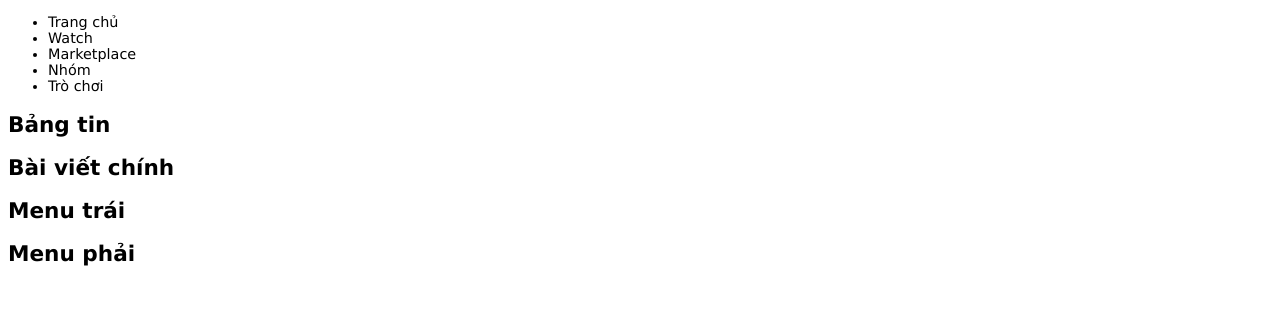
Repository: congle98/CSS_LayoutFacebookCoBan
Page: index.html
The author's editor kept a copy of each file at every save. The page is drawn from the files as they stood at one save, then again after a run of saves.
The browser window is 1280 px wide. The pictures show the whole page.

Above is the page before, as saved 2021-05-26 15:23:22.

After the next 10 saves:
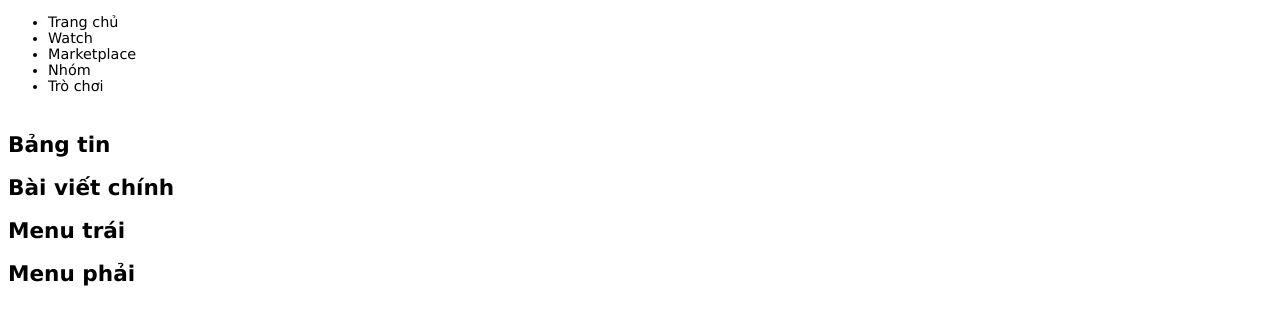
The 10 saves are shown as one change because they came seconds apart.
The last was saved 25 s later.
--- a/index.html
+++ b/index.html
@@ -12,7 +12,9 @@
             width: 1000px;
         }
         header{
-
+            background-color: ;
+            width: 100%;
+            height: 100px;
         }
     </style>
 </head>
